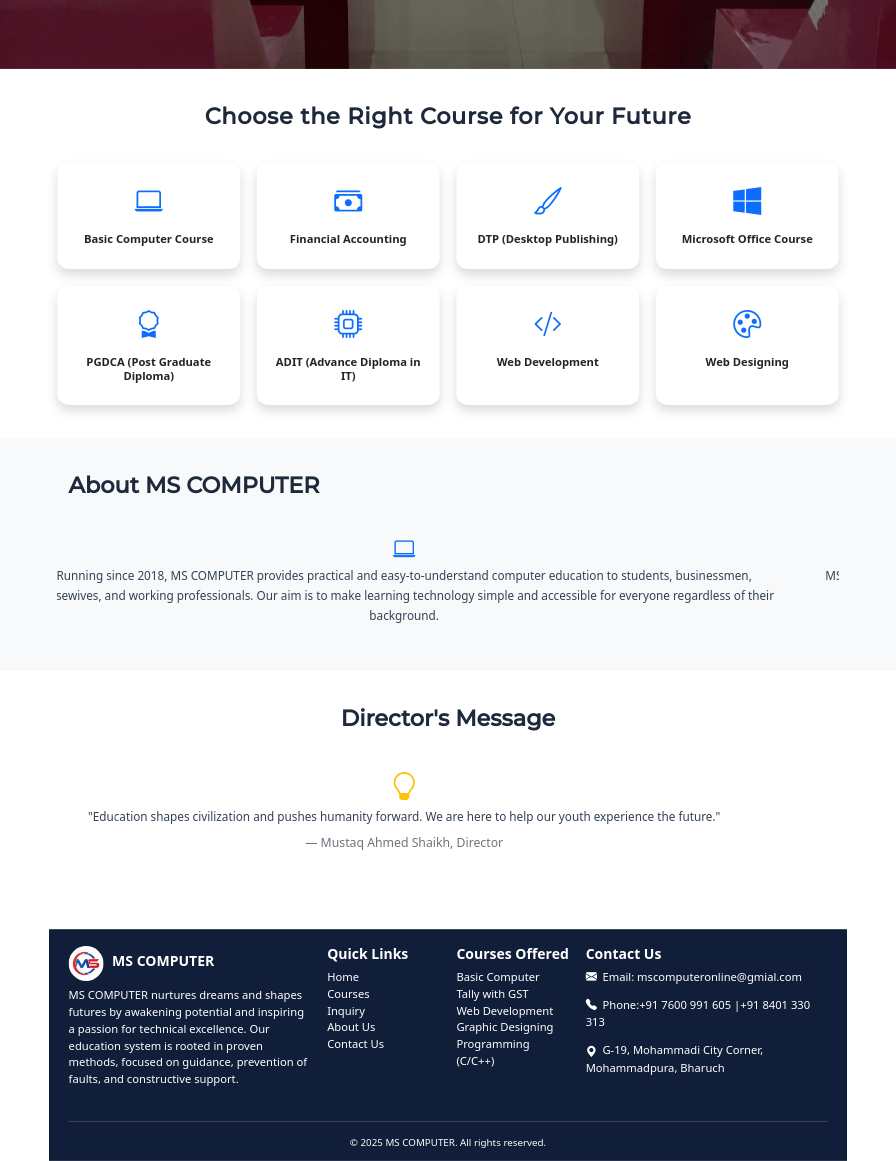
Repository: mscomputer2025/mscomputer
Page: http://localhost/
An editor plug-in stored every save of this project. The page is shown before and after the next save, followed by the edit.
The browser window is 1280 px wide. The pictures show the part of the page from y = 719 to 2639 px (the page is 2377 px tall before and 2639 px after), at 70% of full size.
Some web fonts or font styles are not loaded; a fallback is used. The page is served by the project's Laravel application, run on PHP 8.4 with Laravel 12. Queries for data that is not in the repository find no rows.

Above is the page before, as saved 2025-07-01 15:04:50.

After the next save:
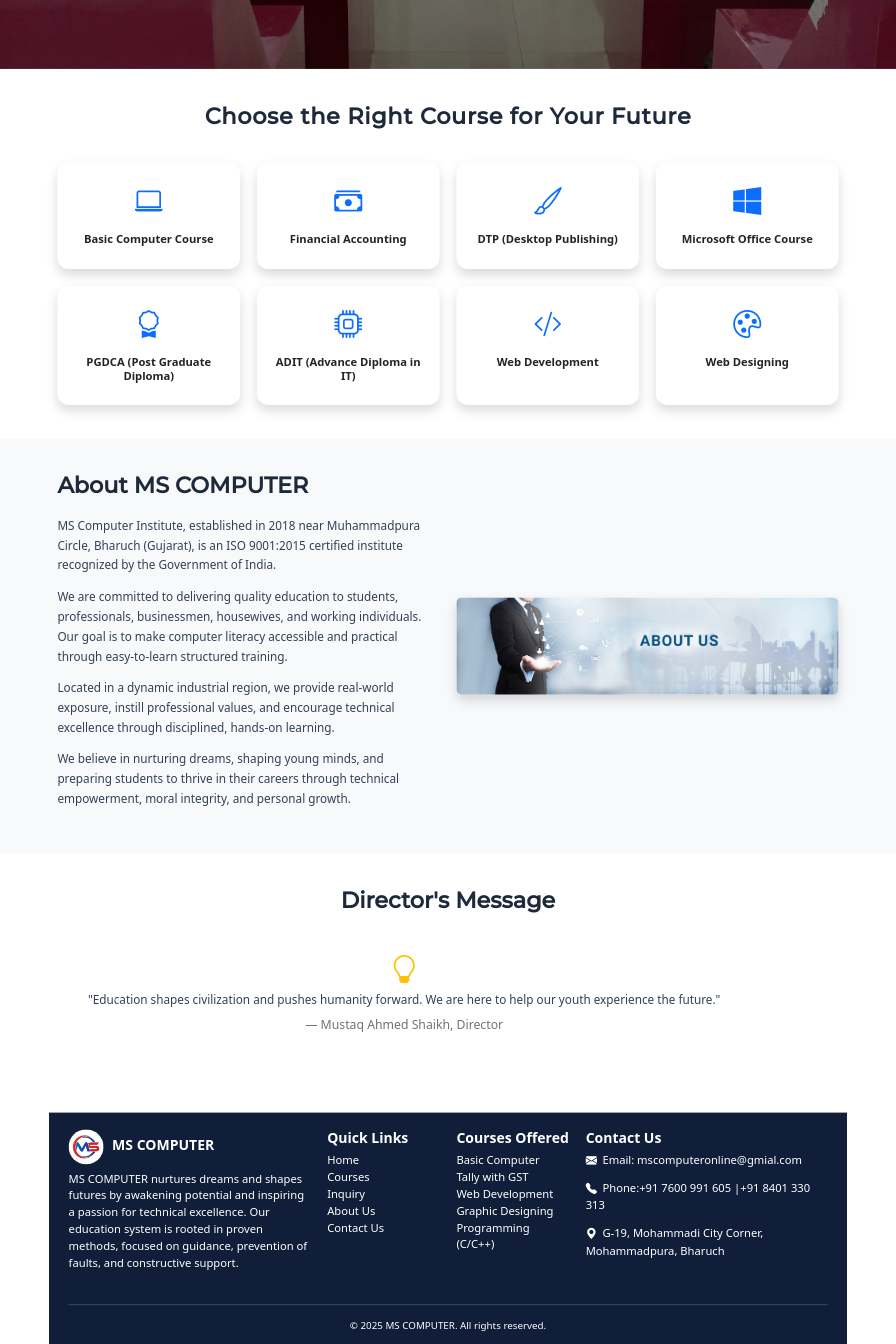
Saved 10 s later.
--- a/resources/views/homepage.blade.php
+++ b/resources/views/homepage.blade.php
@@ -43,39 +43,26 @@
 <!-- About Us Carousel Section with Paragraphs and Icons -->
 <section class="py-5 bg-light">
   <div class="container">
-    <h2 class="align-left mx-3 fw-bold mb-5">About MS COMPUTER</h2>
-    <div id="aboutCarousel" class="carousel slide" data-bs-ride="carousel">
-      <div class="carousel-inner">
-        <div class="carousel-item active">
-          <div class="text-center px-4">
-            <i class="bi bi-laptop fs-2 text-primary mb-3"></i>
-            <p>Running since 2018, MS COMPUTER provides practical and easy-to-understand computer education to students, businessmen, housewives, and working professionals. Our aim is to make learning technology simple and accessible for everyone regardless of their background.</p>
-          </div>
-        </div>
-        <div class="carousel-item">
-          <div class="text-center px-4">
-            <i class="bi bi-award fs-2 text-success mb-3"></i>
-            <p>MS Computer Institute is ISO-9001-2015 certified and accredited by the Government of India. Located near Muhammadpura Circle, Bharuch, the institute is rooted in an industrial region, offering students immense exposure to a real-world tech environment.</p>
-          </div>
-        </div>
-        <div class="carousel-item">
-          <div class="text-center px-4">
-            <i class="bi bi-bullseye fs-2 text-danger mb-3"></i>
-            <p>Our goal is to empower youth to become responsible and skilled professionals by promoting values like discipline, self-reliance, and technical competence through hands-on training and structured methodology.</p>
-          </div>
-        </div>
+    <div class="row align-items-center">
+
+      <!-- Left: About Content -->
+      <div class="col-md-6">
+        <h2 class="fw-bold mb-4">About MS COMPUTER</h2>
+        <p>MS Computer Institute, established in 2018 near Muhammadpura Circle, Bharuch (Gujarat), is an ISO 9001:2015 certified institute recognized by the Government of India.</p>
+        <p>We are committed to delivering quality education to students, professionals, businessmen, housewives, and working individuals. Our goal is to make computer literacy accessible and practical through easy-to-learn structured training.</p>
+        <p>Located in a dynamic industrial region, we provide real-world exposure, instill professional values, and encourage technical excellence through disciplined, hands-on learning.</p>
+        <p>We believe in nurturing dreams, shaping young minds, and preparing students to thrive in their careers through technical empowerment, moral integrity, and personal growth.</p>
       </div>
-      <button class="carousel-control-prev" type="button" data-bs-target="#aboutCarousel" data-bs-slide="prev">
-        <span class="carousel-control-prev-icon" aria-hidden="true"></span>
-        <span class="visually-hidden">Previous</span>
-      </button>
-      <button class="carousel-control-next" type="button" data-bs-target="#aboutCarousel" data-bs-slide="next">
-        <span class="carousel-control-next-icon" aria-hidden="true"></span>
-        <span class="visually-hidden">Next</span>
-      </button>
+
+      <!-- Right: Image -->
+      <div class="col-md-6 text-center">
+        <img src="{{ asset('images/aboutus.jpg') }}" alt="MS Computer Institute" class="img-fluid rounded-3 shadow">
+      </div>
+
     </div>
   </div>
 </section>
+
 
 <!-- Director's Quotes Carousel Section with Icons and Auto Slide -->
 <section class="py-5 bg-white">
